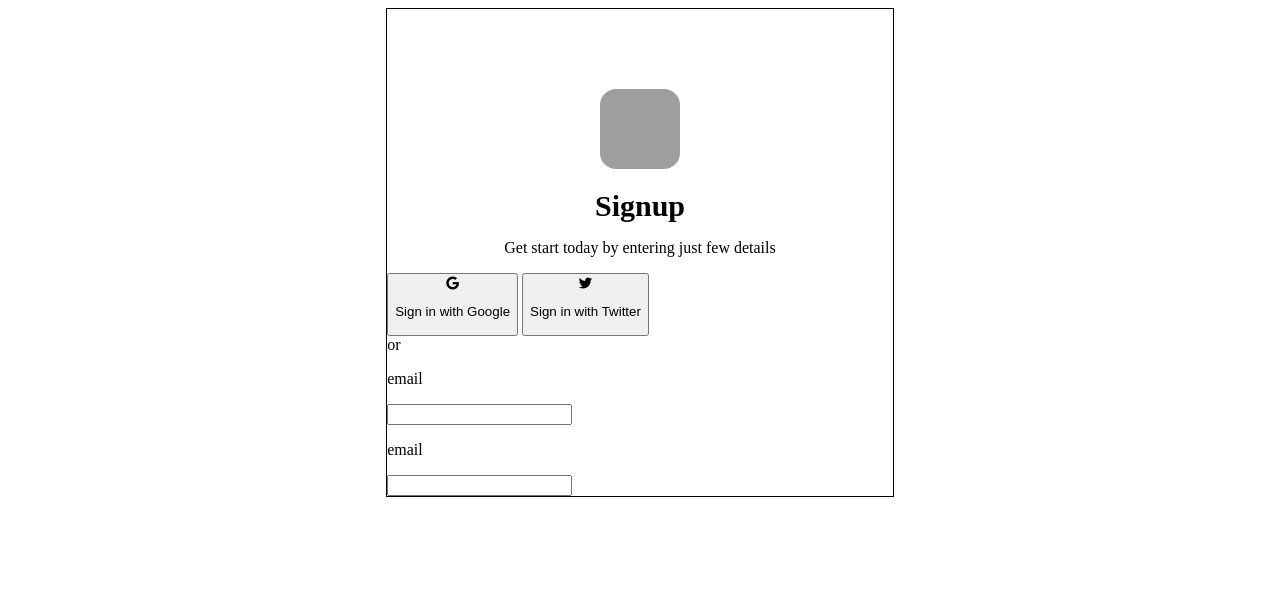
Repository: tungts3qb/Javascript
Page: sign-up/signup.html
The author's editor kept a copy of each file at every save. The page is drawn from the files as they stood at one save, then again after the next save.
The browser window is 1280 px wide. The pictures show the whole page.
Pictures or frames that could not be fetched are drawn as grey boxes.

Above is the page before, as saved 2022-12-26 21:58:39.

After the next save:
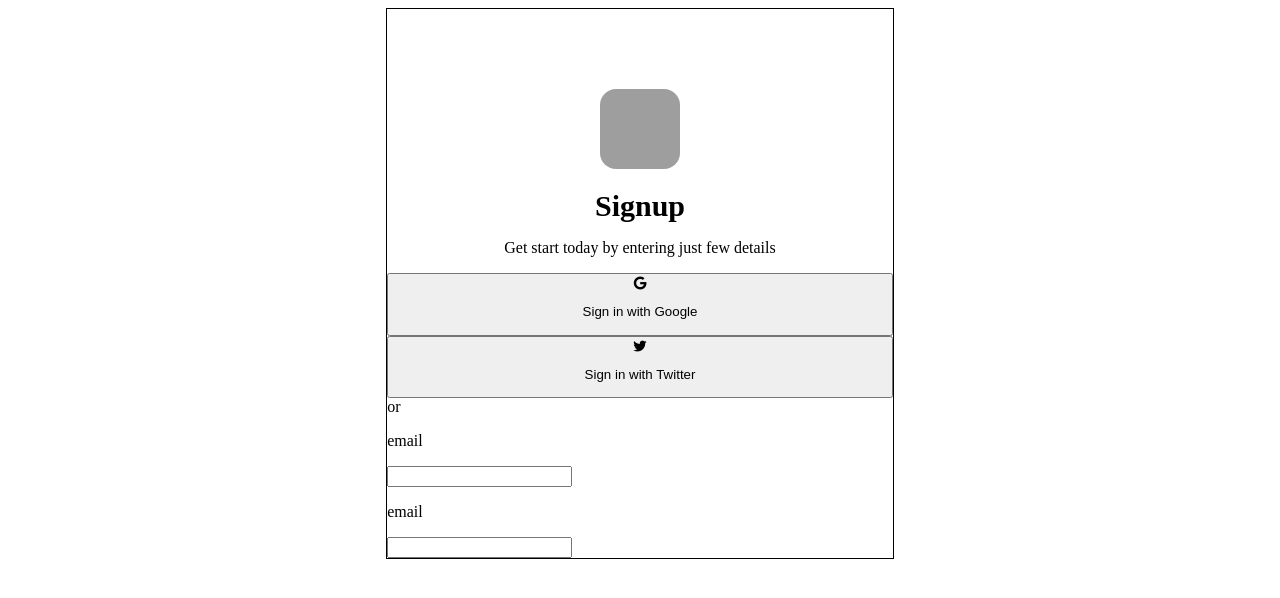
Saved 28 s later.
--- a/sign-up/sign-up.css
+++ b/sign-up/sign-up.css
@@ -29,3 +29,8 @@
 .sign-up-desc {
   text-align: center;
 }
+
+.sign-up-buttons {
+  display: flex;
+  flex-direction: column;
+}
